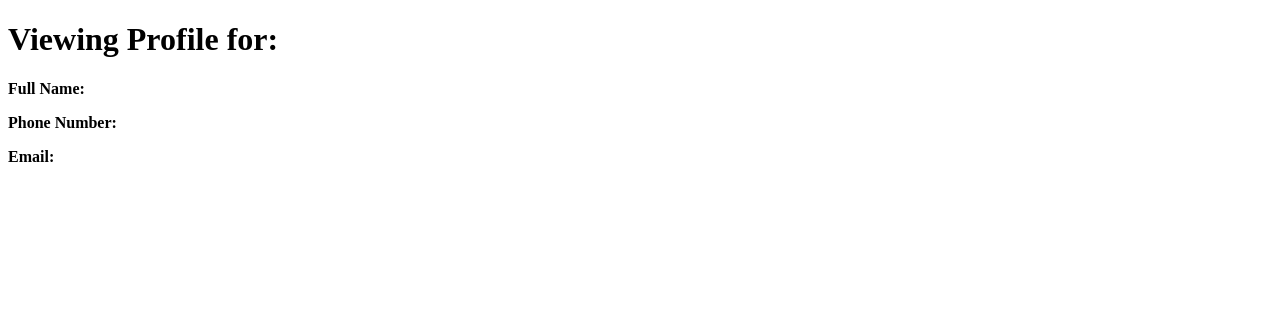
Repository: kingron98/SoftEng-Bank-Web-Application-
Page: http://localhost/SE3_BankWebApp/viewProfile.jsp
An editor plug-in stored every save of this project. The page is shown before and after the next save, followed by the edit.
The browser window is 1280 px wide. The pictures show the whole page.
The page is served by Tomcat 9.

Above is the page before, as saved 2020-12-11 22:19:34.

After the next save:
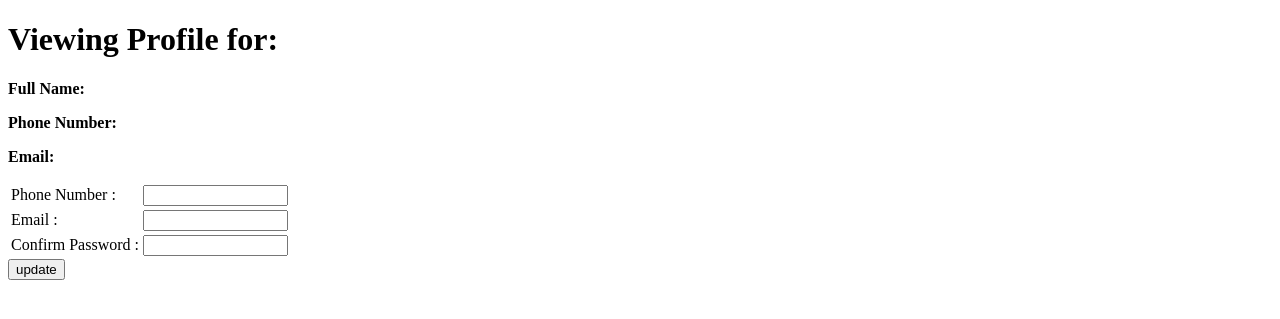
Saved 13 s later.
--- a/SE3 Bank App/Java/Workspace/SE3_BankWebApp/WebContent/viewProfile.jsp
+++ b/SE3 Bank App/Java/Workspace/SE3_BankWebApp/WebContent/viewProfile.jsp
@@ -20,5 +20,22 @@
 	<p><b>Phone Number:</b> <c:out value="${customer.phoneNumber}"/></p>
 	<p><b>Email:</b> <c:out value="${customer.email}"/></p>
 
+	<form action="FrontController" method="post">
+                <table>
+                    <tr>
+                        <td> Phone Number  : </td><td> <input name="phoneNumber" size=15 type="text" /> </td>
+                    </tr>
+                    <tr>
+                        <td> Email  : </td><td> <input name="email" size=15 type="text" /> </td>
+                    </tr>
+                    <tr>
+                        <td> Confirm Password  : </td><td> <input name="password" size=15 type="password" /> </td>
+                    </tr>
+                </table>
+
+                <input type="hidden" name="action" value="UpdateProfile" />
+                <input type="submit" value="update" />
+    </form>
+
 </body>
 </html>
